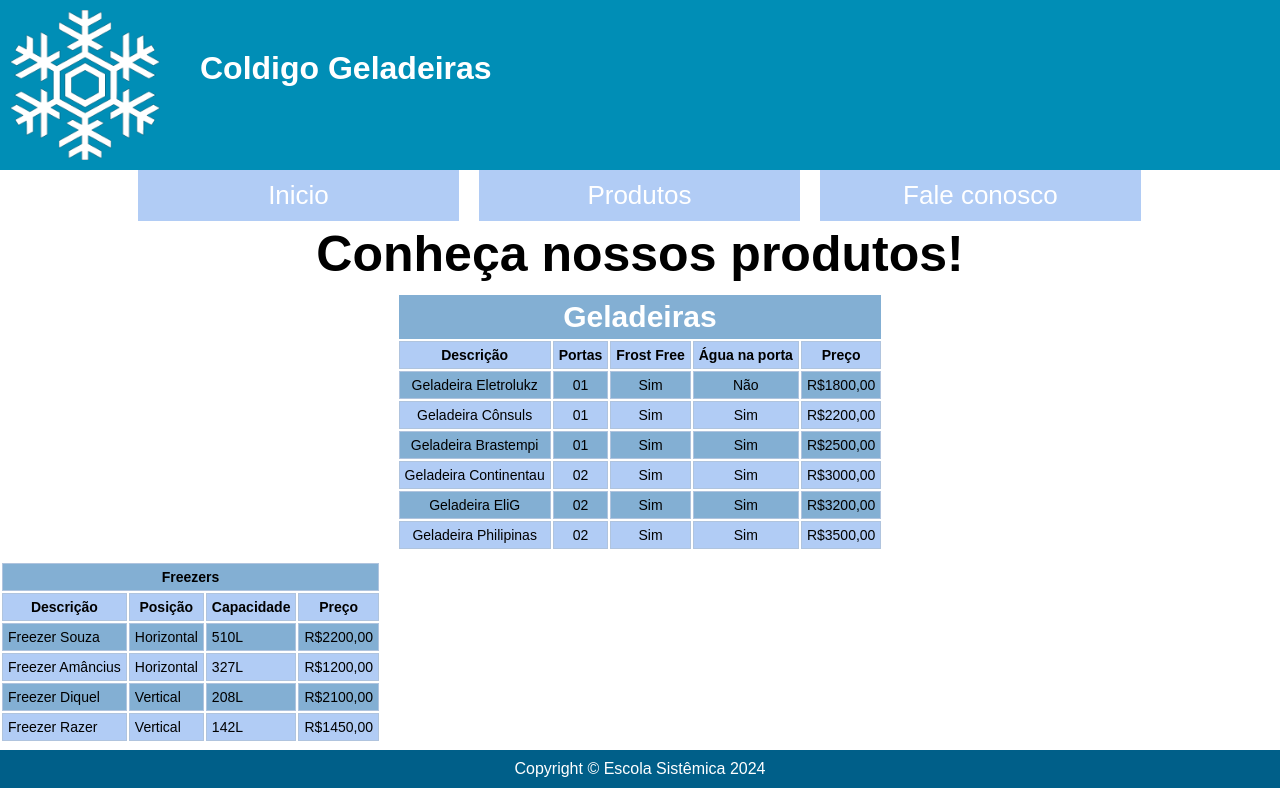
Repository: AndreiLGomes/faculdade
Page: http://localhost/ProjetoTrilhaWeb/pages/site/produtos.html
An editor plug-in stored every save of this project. The page is shown before and after the next save, followed by the edit.
The browser window is 1280 px wide. The pictures show the whole page.
The page is served by Tomcat 9.

Above is the page before, as saved 2024-04-10 23:10:40.

### 2 ano/WorkspaceTrilhaWeb/ProjetoTrilhaWeb/src/main/webapp/pages/site/produtos.html
<!DOCTYPE html>
<html lang="pt-br">
<head>
<meta charset="UTF-8">
<meta name="description" content="Site da Coldigo Geladeiras">
<meta name="keywords" content="Geladeiras, Frost-free, refrigeração">
<meta name="author" content="Escola Sistêmica">
<meta name="viewport" content="width=device-width, initial-scale=1.0">
<link rel="stylesheet" type="text/css" href="../../css/site.css">
<title>Coldigo Geladeiras</title>

</head>
<body>
	<header>
		<img alt="logo da Coldigo Geladeiras" src="../../img/logo.png">
		<h1>Coldigo Geladeiras</h1>
	</header>
	<nav>
		<a href="../../index.html"><div class="opcao">Inicio</div> </a> <a
			href="produtos.html">
			<div class="opcao">Produtos</div>
		</a> <a href="faleconosco.html">
			<div class="opcao">Fale conosco</div>
		</a>
	</nav>
	<section>
		<h2>Conheça nossos produtos!</h2>
		<table class="tabelaProdutos" >
			<thead>
				<tr>
					<th colspan="5" class="tituloTabela">Geladeiras</th>
				</tr>
				<tr>
					<th>Descrição</th>
					<th>Portas</th>
					<th>Frost Free</th>
					<th>Água na porta</th>
					<th>Preço</th>
				</tr>
			</thead>
			<tbody>
				<tr>
					<td>Geladeira Eletrolukz</td>
					<td>01</td>
					<td>Sim</td>
					<td>Não</td>
					<td>R$1800,00</td>
				<tr>
					<td>Geladeira Cônsuls</td>
					<td>01</td>
					<td>Sim</td>
					<td>Sim</td>
					<td>R$2200,00</td>
				</tr>
				<tr>
					<td>Geladeira Brastempi</td>
					<td>01</td>
					<td>Sim</td>
					<td>Sim</td>
					<td>R$2500,00</td>
				</tr>
				<tr>
					<td>Geladeira Continentau</td>
					<td>02</td>
					<td>Sim</td>
					<td>Sim</td>
					<td>R$3000,00</td>
				</tr>
				<tr>
					<td>Geladeira EliG</td>
					<td>02</td>
					<td>Sim</td>
					<td>Sim</td>
					<td>R$3200,00</td>
				</tr>
				<tr>
					<td>Geladeira Philipinas</td>
					<td>02</td>
					<td>Sim</td>
					<td>Sim</td>
					<td>R$3500,00</td>
				</tr>
			</tbody>
		</table>
		<table class="tabelaGeladeira">
			<thead>
				<tr>
					<th colspan="4">Freezers</th>
				</tr>
				<tr>
					<th>Descrição</th>
					<th>Posição</th>
					<th>Capacidade</th>
					<th>Preço</th>
				</tr>
			</thead>
			<tbody>
				<tr>
					<td>Freezer Souza</td>
					<td>Horizontal</td>
					<td>510L</td>
					<td>R$2200,00</td>
				</tr>
				<tr>
					<td>Freezer Amâncius</td>
					<td>Horizontal</td>
					<td>327L</td>
					<td>R$1200,00</td>
				</tr>
				<tr>
					<td>Freezer Diquel</td>
					<td>Vertical</td>
					<td>208L</td>
					<td>R$2100,00</td>
				</tr>

				<tr>
					<td>Freezer Razer</td>
					<td>Vertical</td>
					<td>142L</td>
					<td>R$1450,00</td>
				</tr>
			<tbody>
		</table>


	</section>
	<footer>Copyright &copy; Escola Sistêmica 2024 </footer>


</body>
</html>

### 2 ano/WorkspaceTrilhaWeb/ProjetoTrilhaWeb/src/main/webapp/css/site.css
@charset "UTF-8";

body {
	margin: 0 auto;
	font-family: "Century Gothic", sans-serif;
}

/* cabeçalho */
header {
	height: 170px;
	background-color: #008eb6;
}

header img {
	float: left;
	height: 150px;
	width: 150px;
	margin: 10px;
}

header h1 {
	float: left;
	margin: 50px 0 0 30px;
	color: #ffffff;
}
/*Menu*/
nav {
	clear: both;
	width: 80%;
	margin: 0px auto;
	height: 55px;
}

nav a {
	color: white;
	text-decoration: none;
	text-align: center;
}

nav .opcao {
	float: left;
	width: 31.3%;
	background-color: #b1ccf5;
	padding: 10px 0;
	margin: 0 1%;
	font-size: 26px;
}

nav .opcao:hover {
	background-color: #83afd3;
}

/* Área geral para conteúdos específicos de cada página */
section {
	clear: both;
	min-height: 360px;
	width: 100%;
	margin-top: 0px;
}
/*rodapé */
footer {
	background-color: #005f89;
	color: #fff;
	text-align: center;
	padding: 10px;
	margin-top: 7px;
}

/* Configuracão da página inicial */
section #top {
	width: 900px;
	margin: 0px auto;
	height: 250px;

}


.geladeira{
	height: 250px;
	width: 125px;
}

.direita{
	float: right;
}
.esquerda{
	float: left;
}

section #titulos{
	float: left;
	height: 250px;
	width: 650px;
	margin: 0px auto;
}

h2{
	text-align: center;
	margin-top: 0px;
	margin-bottom: 10px;
	font-size: 50px;
}

h3{
	text-align: center;
	margin-top: 50px;
	font-size: 20px;
}

p{
	clear: both;
	text-align: center;
	margin: 10px 80px;
}
/* Configuração da página de Produtos */

.tabelaProdutos{
	margin: 10px auto;
	text-align: center;
}

.tituloTabela{
	text-align: center;
	font-size: 30px;
	font-weight: bold;
	color: #fff;
	padding: 5px;
	border: transparent;
}

tr, td, th{
	border: 1px solid #B0C4DE;
	padding: 5px;
}
tr, td{
	font-size: 14px;
}

tr:nth-child(even){
	background-color: #B1CCF5;
}
tr:nth-child(odd){
	background-color: #83afd3;
}

After the next save:
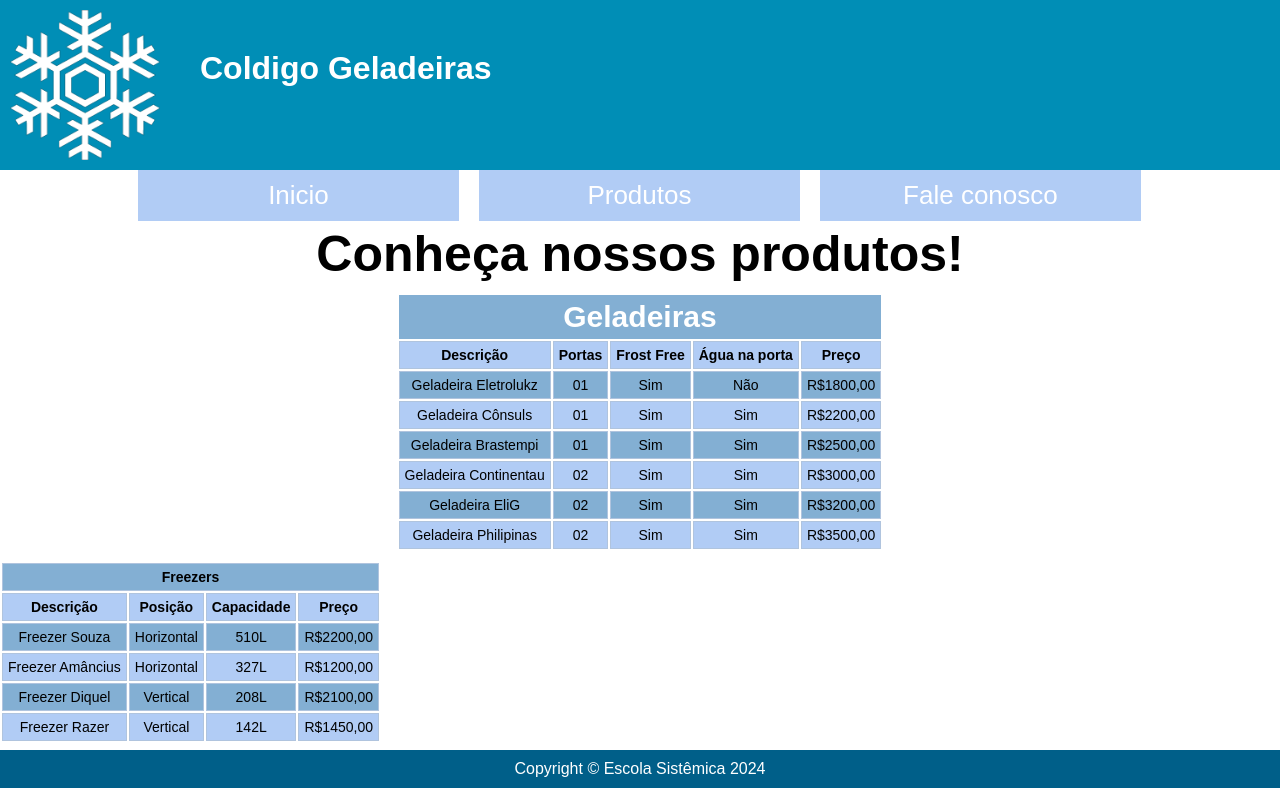
Saved 27 s later.
--- a/2 ano/WorkspaceTrilhaWeb/ProjetoTrilhaWeb/src/main/webapp/css/site.css
+++ b/2 ano/WorkspaceTrilhaWeb/ProjetoTrilhaWeb/src/main/webapp/css/site.css
@@ -142,3 +142,6 @@ tr:nth-child(even){
 tr:nth-child(odd){
 	background-color: #83afd3;
 }
+.tabelaGeladeira{
+	text-align: center;
+}
